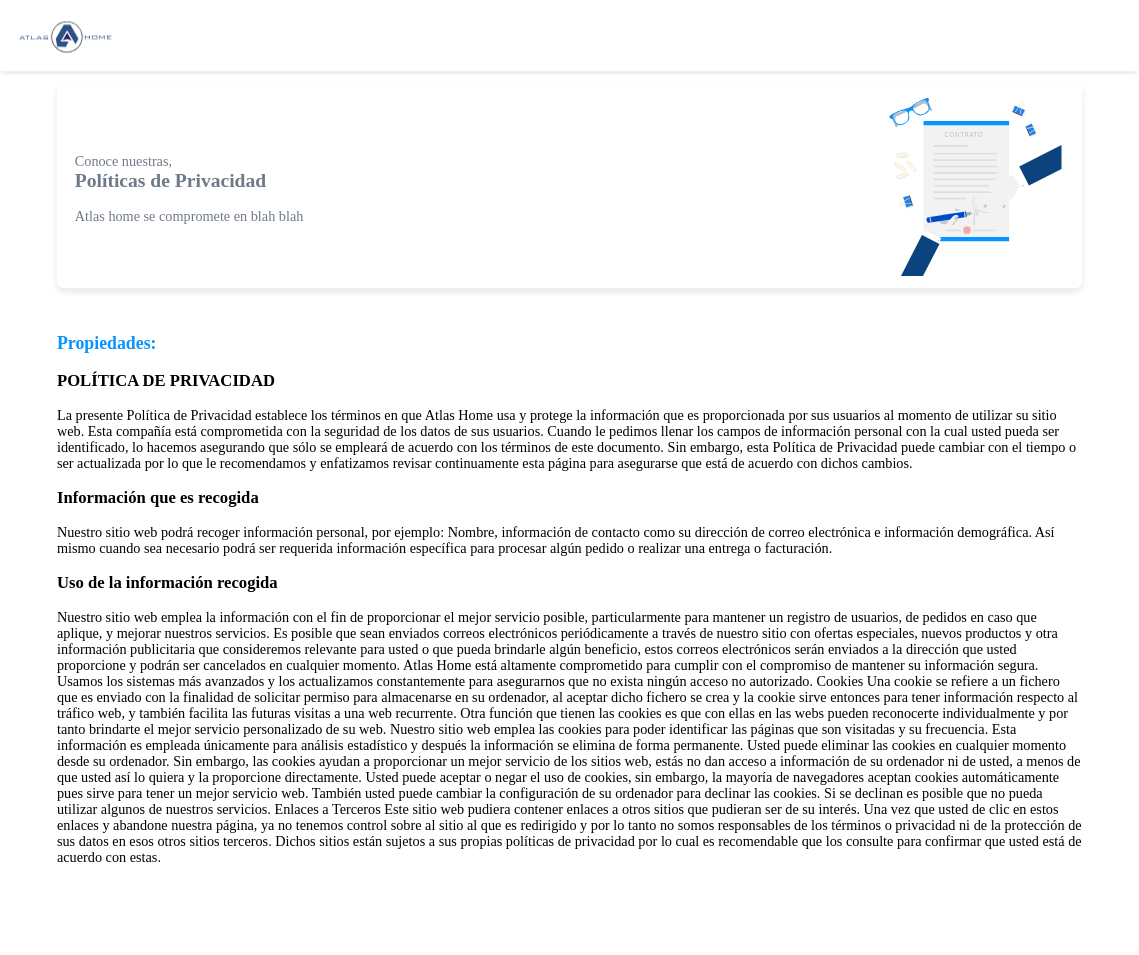
Repository: FabioMadrid/atlas_code
Page: politicas_privacidad.html
The author's editor kept a copy of each file at every save. The page is drawn from the files as they stood at one save, then again after the next save.
The browser window is 1280 px wide. The pictures show the whole page, at 89% of full size.
Some web fonts or font styles are not loaded; a fallback is used. Some web libraries are served in a nearby version.

Above is the page before, as saved 2021-01-13 10:44:59.
Console error: TypeError: Cannot read properties of null (reading 'click')

After the next save:
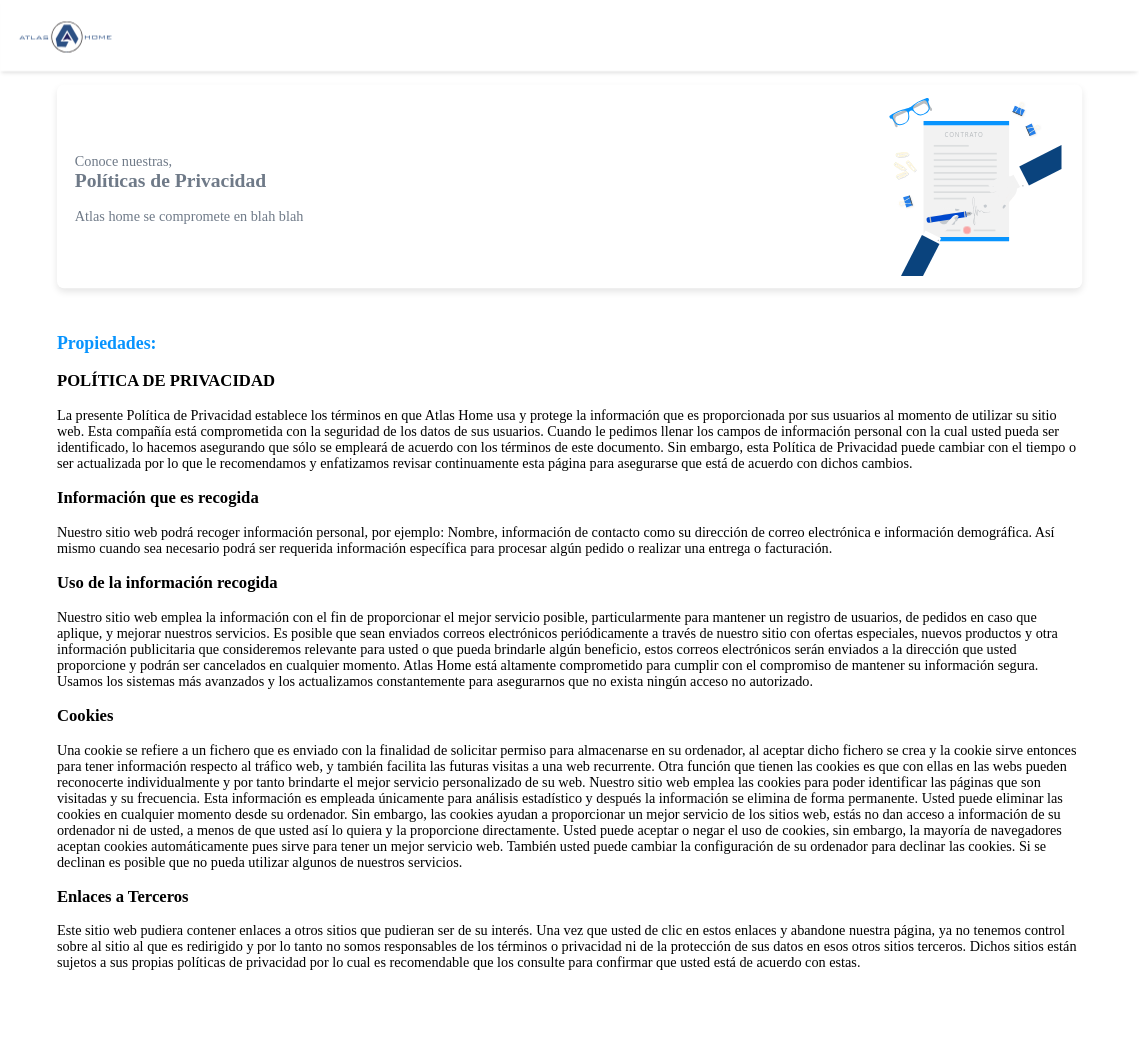
Saved 48 s later.
--- a/politicas_privacidad.html
+++ b/politicas_privacidad.html
@@ -62,14 +62,14 @@
 
         Atlas Home está altamente comprometido para cumplir con el compromiso de mantener su información segura. Usamos los sistemas más avanzados y los actualizamos constantemente para asegurarnos que no exista ningún acceso no autorizado.
 
-        Cookies
+        <h3> Cookies </h3>
         Una cookie se refiere a un fichero que es enviado con la finalidad de solicitar permiso para almacenarse en su ordenador, al aceptar dicho fichero se crea y la cookie sirve entonces para tener información respecto al tráfico web, y también facilita las futuras visitas a una web recurrente. Otra función que tienen las cookies es que con ellas en las webs pueden reconocerte individualmente y por tanto brindarte el mejor servicio personalizado de su web.
 
         Nuestro sitio web emplea las cookies para poder identificar las páginas que son visitadas y su frecuencia. Esta información es empleada únicamente para análisis estadístico y después la información se elimina de forma permanente. Usted puede eliminar las cookies en cualquier momento desde su ordenador.
 
         Sin embargo, las cookies ayudan a proporcionar un mejor servicio de los sitios web, estás no dan acceso a información de su ordenador ni de usted, a menos de que usted así lo quiera y la proporcione directamente. Usted puede aceptar o negar el uso de cookies, sin embargo, la mayoría de navegadores aceptan cookies automáticamente pues sirve para tener un mejor servicio web. También usted puede cambiar la configuración de su ordenador para declinar las cookies. Si se declinan es posible que no pueda utilizar algunos de nuestros servicios.
 
-        Enlaces a Terceros
+        <h3> Enlaces a Terceros </h3>
 
         Este sitio web pudiera contener enlaces a otros sitios que pudieran ser de su interés. Una vez que usted de clic en estos enlaces y abandone nuestra página, ya no tenemos control sobre al sitio al que es redirigido y por lo tanto no somos responsables de los términos o privacidad ni de la protección de sus datos en esos otros sitios terceros. Dichos sitios están sujetos a sus propias políticas de privacidad por lo cual es recomendable que los consulte para confirmar que usted está de acuerdo con estas.
 
